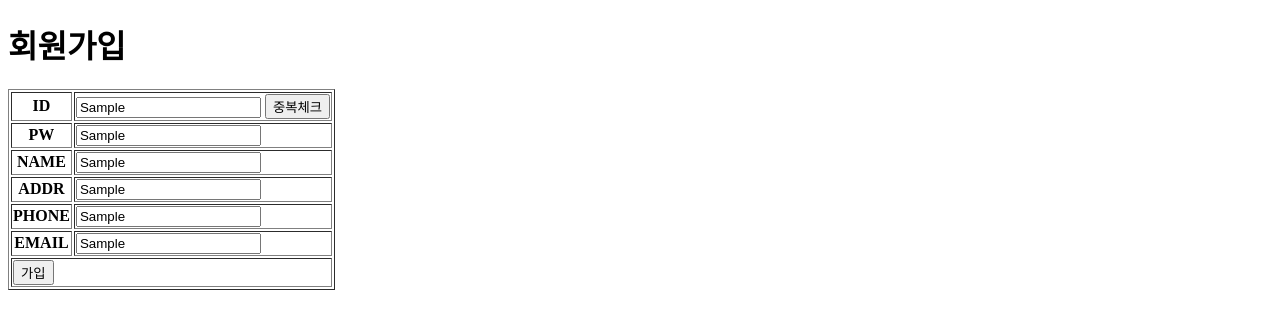
Repository: leedh909/Academy-web-
Page: http://localhost/Jsp04_LoginBoard/registform.jsp
The author's editor kept a copy of each file at every save. The page is drawn from the files as they stood at one save, then again after the next save.
The browser window is 1280 px wide. The pictures show the whole page.
Empty fields were first filled with sample values (such as "Sample", 5 or name@example.com).
After loading, the first visible `input[onclick="idChkConfirm();"]` was clicked once.
The page is served by Tomcat 9. Other server files are loaded and not shown.

Above is the page before, as saved 2020-07-02 05:57:31.
Console error: ReferenceError: idChkConfirm is not defined

### 실습자료/eclipse-servlet/Jsp04_LoginBoard/WebContent/registform.jsp
<%@ page language="java" contentType="text/html; charset=UTF-8"
    pageEncoding="UTF-8"%>

<% request.setCharacterEncoding("UTF-8");%>
<% response.setContentType("text/html; charset=UTF-8"); %>


<!DOCTYPE html>
<html>
<head>
<meta charset="UTF-8">
<title>Insert title here</title>
<script type="text/javascript">
	function idChk(){
		var doc = document.getElementsByName("myid")[0];

		if(doc.value.trim()=="" || doc.value==null){
			alert("아이디를 입력해 주세요");
		}else{
			var target="logincontroller.jsp?command=idchk&id="+doc.value.trim();
			open(target,"","width=200,height=200");

		}

	}

</script>
</head>
<body>
	<h1>회원가입</h1>
	<form action="logincontroller.jsp" method="post">
		<input type="hidden" name="command" value="insertuser">
		<table border="1">
			<tr>
				<th>ID</th>
				<td>
					<input type="text" name="myid" title="n" required="required">
					<!-- title은 중복체크가 이뤄지고나서 y는 중복체크를 하였다. n은 안하였다 를 판단한다. -->
					<input type="button" value="중복체크" onclick="idChk();">
				</td>
			</tr>
			<tr>
				<th>PW</th>
				<td><input type="text" name="mypw" onclick="idChkConfirm();" required="required"></td>
			</tr>
			<tr>
				<th>NAME</th>
				<td><input type="text" name="myname" onclick="idChkConfirm();" required="required"></td>
			</tr>
			<tr>
				<th>ADDR</th>
				<td><input type="text" name="myaddr" onclick="idChkConfirm();" required="required"></td>
			</tr>
			<tr>
				<th>PHONE</th>
				<td><input type="text" name="myphone" onclick="idChkConfirm();" required="required"></td>
			</tr>
			<tr>
				<th>EMAIL</th>
				<td><input type="text" name="myemail" onclick="idChkConfirm();" required="required"></td>
			</tr>
			<tr>
				<td colspan="2">
					<input type="submit" value="가입">
				</td>
			</tr>
		</table>
	</form>

</body>
</html>

After the next save:
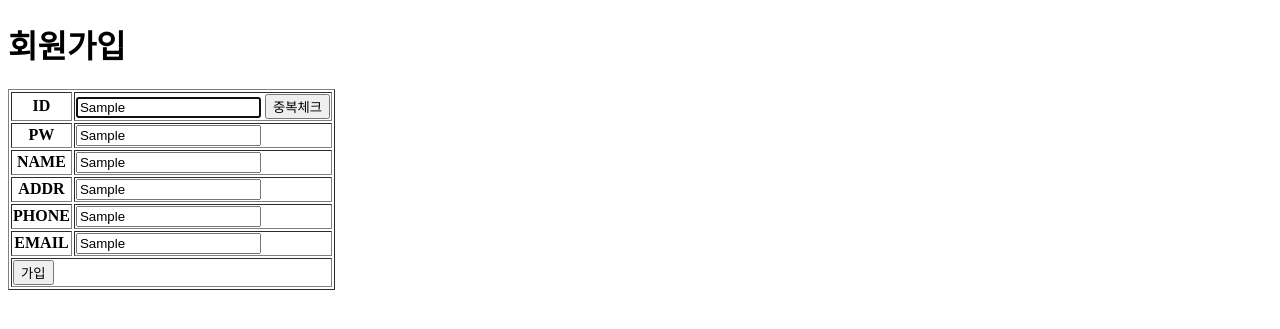
The error is gone.
Saved 14 min 3 s later.
--- a/실습자료/eclipse-servlet/Jsp04_LoginBoard/WebContent/registform.jsp
+++ b/실습자료/eclipse-servlet/Jsp04_LoginBoard/WebContent/registform.jsp
@@ -24,6 +24,13 @@
 
 	}
 
+	function idChkConfirm(){
+		var chk=document.getElementsByName("myid")[0].title;
+		if(chk=="n"){
+			alert("아이디 중복체크를 해주세요");
+			document.getElementsByName("myid")[0].focus();
+		}
+	}
 </script>
 </head>
 <body>
